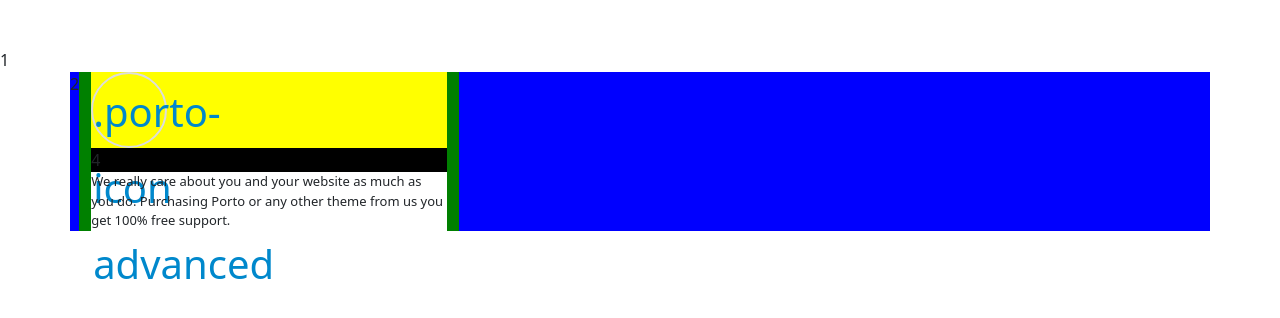
Repository: NguyenDo13/BE2-NhomH
Page: module-9/index/index.html
The author's editor kept a copy of each file at every save. The page is drawn from the files as they stood at one save, then again after a run of saves.
The browser window is 1280 px wide. The pictures show the whole page.

Above is the page before, as saved 2022-05-15 11:18:08.

### module-9/index/index.html
<!DOCTYPE html>
<html lang="en">

<head>
    <meta charset="UTF-8" />
    <meta http-equiv="X-UA-Compatible" content="IE=edge" />
    <meta name="viewport" content="width=device-width, initial-scale=1.0" />
    <link rel="stylesheet" href="public/css/style.css" />
    <link rel="stylesheet" href="public/css/bootstrap.min.css" />
    <link rel="stylesheet" href="https://cdnjs.cloudflare.com/ajax/libs/font-awesome/5.15.3/css/all.min.css" />
    <title>Document</title>
</head>

<body>
    <div class="pt-5 pb-4">
        <!-- chia hàng -->1
        <div class="container">
            <div class="row">
                <!-- chia cột -->2
                <div class="vc_column_container col-md-4">
                    <div class="portoContainer">
                        <div class="portoTop">
                            <div class="portoTopicon" style="text-align: center;">
                                .porto-icon advanced
                                <i class="Simple-Line-Icons-action-undo"> </i>
                            </div>
                        </div>
                        <div class="portoheader">4</div>
                        <div class="portodescription" style="font-size: 13px">
                            We really care about you and your website as much as you do. Purchasing Porto or any other theme from us you get 100% free support.
                        </div>
                    </div>
                </div>
            </div>
        </div>
    </div>
</body>

</html>

### module-9/index/public/css/style.css
body {
    font-size: 13px;
    line-height: 22px;
    font-family: 'Open Sans', sans-serif;
    background: #fff;
}

.portoTotal {
    background-color: red;
}

.row {
    background-color: blue;
    display: flex;
    flex-wrap: wrap;
}

.vc_column_container {
    background-color: green;
}

.portoContainer {
    background-color: yellow;
}

.portotop {}

.portoTopicon {
    color: #0088cc;
    background: transparent;
    border-style: solid;
    border-color: #dddddd;
    border-width: 2px;
    width: 76px;
    height: 76px;
    line-height: 76px;
    border-radius: 40px;
    font-size: 40px;
}

.portoheader {
    background-color: black;
}

.portodescription {
    background-color: white;
}

Loaded but not shown: module-9/index/public/css/bootstrap.min.css (library)

After the next 3 saves:
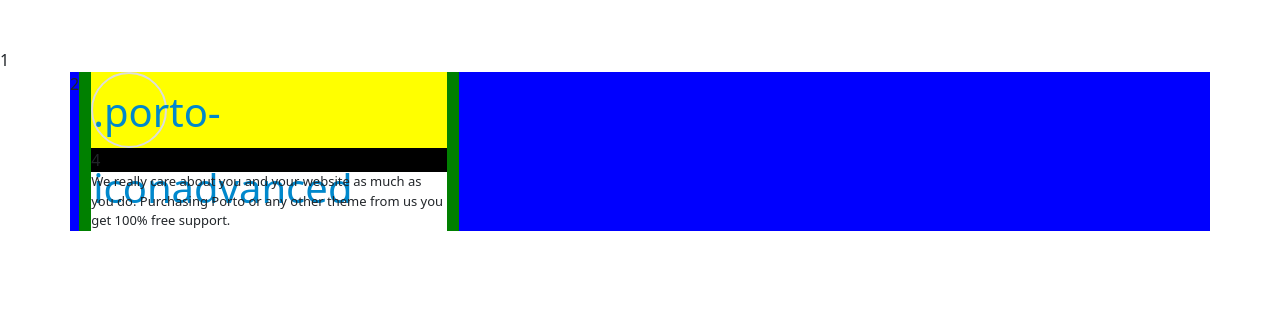
The 3 saves are shown as one change because they came seconds apart.
The last was saved 12 s later.
--- a/module-9/index/index.html
+++ b/module-9/index/index.html
@@ -21,7 +21,7 @@
                     <div class="portoContainer">
                         <div class="portoTop">
                             <div class="portoTopicon" style="text-align: center;">
-                                .porto-icon advanced
+                                .porto-iconadvanced
                                 <i class="Simple-Line-Icons-action-undo"> </i>
                             </div>
                         </div>
